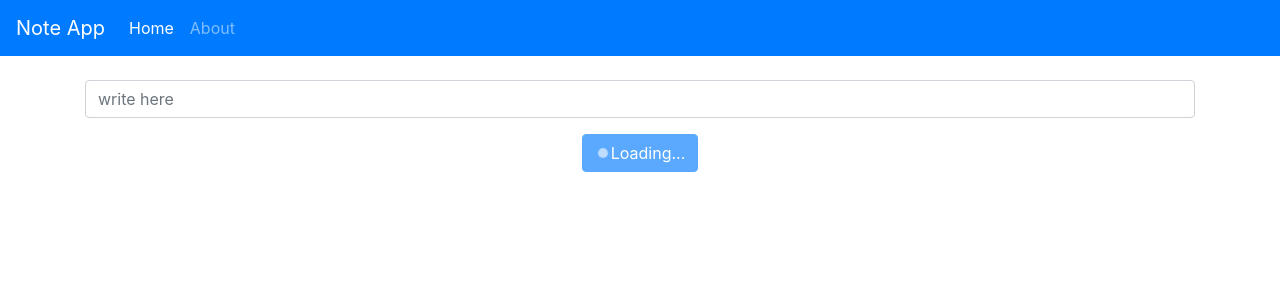
Repository: AlexLarie/reactToDoList
Page: /
An editor plug-in stored every save of this project. The page is shown before and after a run of saves, followed by the edit.
The browser window is 1280 px wide. The pictures show the whole page.
The page's requests for data from a server got no answer. The project was rebuilt for these pictures with package versions that can differ from the ones it lists, and the page was loaded fresh each time. No one was signed in, and anything a server would have sent is missing. Also part of the build but not shown: src/pages/About.js.

Above is the page before, as saved 2021-04-04 15:41:44.

### src/index.js
import React from 'react';
import ReactDOM from 'react-dom';
import './index.scss';
import App from './App';


ReactDOM.render(
  <React.StrictMode>
    <App />
  </React.StrictMode>,
  document.getElementById('root')
);

### src/index.scss
@import "~bootstrap/scss/bootstrap";

body {
  margin: 0;
  font-family: -apple-system, BlinkMacSystemFont, 'Segoe UI', 'Roboto', 'Oxygen',
    'Ubuntu', 'Cantarell', 'Fira Sans', 'Droid Sans', 'Helvetica Neue',
    sans-serif;
  -webkit-font-smoothing: antialiased;
  -moz-osx-font-smoothing: grayscale;
}

code {
  font-family: source-code-pro, Menlo, Monaco, Consolas, 'Courier New',
    monospace;
}

.note{
  display: flex;
  justify-content: space-between;
  align-items: center;
  &__inner{
    display: flex;
    flex-direction: column;
  }
}

.alert-enter{
  opacity: 0;
}

.alert-enter-active{
  opacity: 1;
  transition: opacity 750ms ease-out;
}

.alert-exit-active{
  opacity: 0;
  transition: opacity 750ms ease-out;
}

### src/App.js
import React from 'react';
import {BrowserRouter , Route , Switch} from 'react-router-dom';
import { Alert } from './components/Alert';
import { Navbar } from './components/Navbar';
import { AlertState } from './context/alert/AlertState';
import { FirebaseState } from './context/firebase/FirebaseState';
import { About } from './pages/About';
import { Home } from './pages/Home';

function App() {
  return (
    <FirebaseState>
      <AlertState>
        <BrowserRouter>
          <Navbar />
          <div className="container pt-4">
            <Alert />
            <Switch>
              <Route path="/" exact component={Home} />
              <Route path="/about" exact component={About} />
            </Switch>
          </div>
        </BrowserRouter>
      </AlertState>
    </FirebaseState>
  );
}

export default App;

### src/components/Alert.js
import React, {useContext} from 'react';
import { AlertContext } from '../context/alert/alertContext';
import {CSSTransition} from 'react-transition-group'

export const Alert = () => {

   const {alert, hide}  = useContext(AlertContext)

   return (
      <CSSTransition
         in={alert.visible}
         timeout={750}
         classNames={'alert'}
         mountOnEnter
         unmountOnExit
      >
         <div className={`alert alert-${alert.type || 'warning'} alert-dismissible`}>
            <strong>Attention</strong> &nbsp;{alert.text}
            <button onClick = {hide} type="button" className="close" aria-label="Close">
               <span aria-hidden='true'>&times;</span>
            </button>
         </div>
      </CSSTransition>
   )
}

### src/components/Navbar.js
import React from 'react';
import {NavLink} from 'react-router-dom';

export const Navbar = () => (
   <nav className = "navbar navbar-dark navbar-expand-lg bg-primary">
      <div className = "navbar-brand">
         Note App
      </div>
      <ul className="navbar-nav me-auto mb-2 mb-lg-0">
         <li className="nav-item">
            <NavLink  className="nav-link" exact to="/">Home</NavLink>
         </li>
         <li className="nav-item">
            <NavLink className="nav-link" to="/about">About</NavLink>
         </li>
      </ul>
   </nav>
)

### src/context/alert/AlertState.js
import React, {useReducer} from 'react'
import { HIDE_ALERT, SHOW_ALERT } from '../types'
import { AlertContext } from './alertContext'
import { alertReducer } from './alertReducer'

export const AlertState = ({children}) => {

   const [state , dispatch] = useReducer(alertReducer , {visible: false})

   const show = (text , type = 'warning' ) => {
      dispatch ({
         type : SHOW_ALERT,
         payload : {text, type}
      })
   }

   const hide = () => {
      dispatch ({
         type : HIDE_ALERT,
      })
   }

   return (
      <AlertContext.Provider value = {{
         show , hide , alert : state
      }}>
         {children}
      </AlertContext.Provider>
   )
}

### src/context/firebase/FirebaseState.js
import React , {useReducer} from 'react'
import axios from 'axios'
import { FirebaseContext } from './firebaseContext'
import { firebaseReducer } from './firebaseReducer'
import { ADD_NOTE, FETCH_NOTES, REMOVE_NOTE, SHOW_LOADER } from '../types'

const url = 'https://react-todo-dcbd2-default-rtdb.firebaseio.com'

export const FirebaseState = ({children}) => {

   const initialState = {
      notes : [],
      loading : false
   }

   const [state, dispatch] = useReducer(firebaseReducer, initialState)

   const showLoader = () => dispatch({type: SHOW_LOADER})

   const fetchNotes = async () => {
      showLoader()
      const res = await axios.get(`${url}/notes.json`)
      const payload = Object.keys(res.data).map(key => {
         return {
            ...res.data[key],
            id: key
         }
      })
      dispatch ({type: FETCH_NOTES, payload})
   }

   const addNote = async title => {
      const note = {
         title,
         date: new Date().toJSON()
      }

      try {
         const res = await axios.post(`${url}/notes.json`, note)
         const payload = {
            ...note,
            id: res.data.name
         }
         dispatch({
            type: ADD_NOTE,
            payload
         })
      } catch (e) {
         throw new Error(e.message)
      }
   }

   const removeNote = async id => {
      await axios.delete(`${url}/notes/${id}.json`)

      dispatch({
         type: REMOVE_NOTE,
         payload: id
      })
   }

   return (
      <FirebaseContext.Provider value = {{
         showLoader, addNote, removeNote, fetchNotes, loading: state.loading, notes: state.notes
      }}>
         {children}
      </FirebaseContext.Provider>
   )
}

### src/pages/Home.js
import React , {Fragment , useContext, useEffect} from 'react'
import { Form } from '../components/Form'
import { Loader } from '../components/Loader'
import { Nodes } from '../components/Nodes'
import { FirebaseContext } from '../context/firebase/firebaseContext'

export const Home = () => {
   const {loading, notes, fetchNotes, removeNote} = useContext(FirebaseContext)

   useEffect(()=>{
      fetchNotes()
      // eslint-disable-next-line
   }, [])

   return(
   <Fragment>
      <Form/>

      {loading? <Loader/> : <Nodes notes = {notes} onRemove = {removeNote}/>}

   </Fragment>
   )
}

### src/context/types.js
export const SHOW_ALERT = 'SHOW_ALERT'
export const HIDE_ALERT = 'HIDE_ALERT'


export const SHOW_LOADER = 'SHOW_LOADER'
export const ADD_NOTE = 'ADD_NOTE'
export const FETCH_NOTES = 'FETCH_NOTES'
export const REMOVE_NOTE = 'REMOVE_NOTE'

### src/context/alert/alertReducer.js
import { HIDE_ALERT, SHOW_ALERT } from "../types"

const handlers = {
   [SHOW_ALERT] : (state,{payload}) => ({...payload, visible:true}),
   [HIDE_ALERT] : state => ({...state, visible:false}),
   DEFAULT: state => state
}

export const alertReducer = (state,action) => {
   const handle = handlers[action.type] || handlers.DEFAULT
   return handle(state,action)
}

### src/context/firebase/firebaseReducer.js
import { ADD_NOTE, FETCH_NOTES, REMOVE_NOTE, SHOW_LOADER } from "../types"

const handlers = {
   [SHOW_LOADER] : state => ({...state, loading: true}),
   [ADD_NOTE] : (state, {payload}) => ({
      ...state, notes: [...state.notes, payload]
   }),
   [FETCH_NOTES] : (state, {payload}) => ({...state, notes: payload, loading : false}),
   [REMOVE_NOTE] : (state, {payload}) => ({
      ...state,
      notes: state.notes.filter(note => note.id !== payload)
   }),
   DEFAULT: state => state
}

export const firebaseReducer = (state, action) => {
   const handle = handlers[action.type] || handlers.DEFAULT

   return handle(state,action)
}

### src/components/Form.js
import React , {useState , useContext} from 'react'
import { AlertContext } from '../context/alert/alertContext'
import { FirebaseContext } from '../context/firebase/firebaseContext'

export const Form = () => {

   const [value , setValue] = useState('')
   const alert = useContext(AlertContext)
   const firebase = useContext(FirebaseContext)

   const submitHandler = event => {
      event.preventDefault()
      if (value.trim()) {
         // ...
         firebase.addNote(value.trim()).then(()=>{
            alert.show('Note was added' , 'success')
         }).catch(()=>{
            alert.show('Something was wrong' , 'danger')
         })
         setValue('')
      } else {
         alert.show('Incorrect value' )
         setValue('')
      }

   }
   return (
      <form onSubmit={submitHandler}>
         <div className = "form-group">
            <input type = "text" className = "form-control" placeholder = "write here" value = {value}
            onChange = {e => setValue(e.target.value)}/>
         </div>
      </form>
   )
}

### src/components/Loader.js
import React from 'react'

export const Loader = () => (
   <div className="text-center">
      <button className="btn btn-primary" type="button" disabled>
         <span className="spinner-grow spinner-grow-sm" role="status" aria-hidden="true"></span>
            Loading...
      </button>
   </div>
)

### src/components/Nodes.js
import React from "react"

export const Nodes = ({notes, onRemove}) => (
   <ul className = "list-group">
      {notes.map(note => (
         <li className = "list-group-item note" key = {note.id}>
            <div className = "note__inner">
               <span>{note.date}</span>
               <strong>{note.title}</strong>
            </div>

            <button type="button" className="btn btn-outline-danger btn-sm"
            onClick = {()=>onRemove(note.id)}>&times;</button>
         </li>
      ))}
   </ul>
)

Loaded but not shown: public/index.html (common file); src/context/alert/alertContext.js (common file); src/context/firebase/firebaseContext.js (common file)

After the next 2 saves:
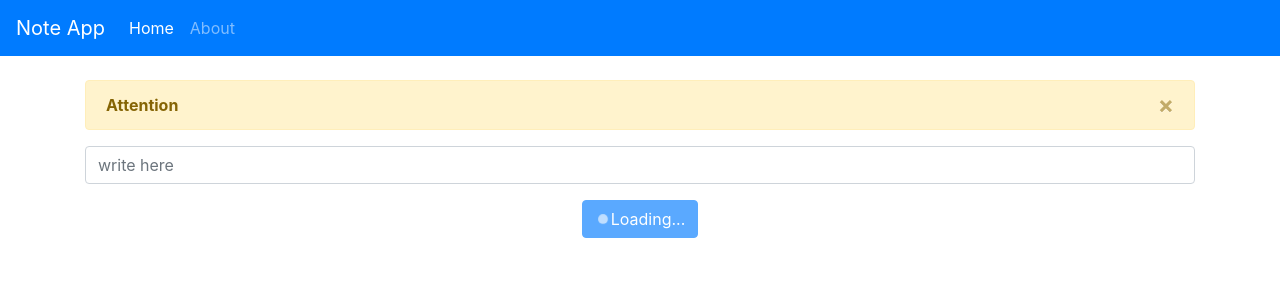
The 2 saves are shown as one change because they came seconds apart.
The last was saved 4 min 35 s later.
--- a/src/components/Alert.js
+++ b/src/components/Alert.js
@@ -7,19 +7,19 @@
    const {alert, hide}  = useContext(AlertContext)
 
    return (
-      <CSSTransition
-         in={alert.visible}
-         timeout={750}
-         classNames={'alert'}
-         mountOnEnter
-         unmountOnExit
-      >
+      // <CSSTransition
+      //    in={alert.visible}
+      //    timeout={750}
+      //    classNames={'alert'}
+      //    mountOnEnter
+      //    unmountOnExit
+      // >
          <div className={`alert alert-${alert.type || 'warning'} alert-dismissible`}>
             <strong>Attention</strong> &nbsp;{alert.text}
             <button onClick = {hide} type="button" className="close" aria-label="Close">
                <span aria-hidden='true'>&times;</span>
             </button>
          </div>
-      </CSSTransition>
+      // </CSSTransition>
    )
 }

After the save that followed:
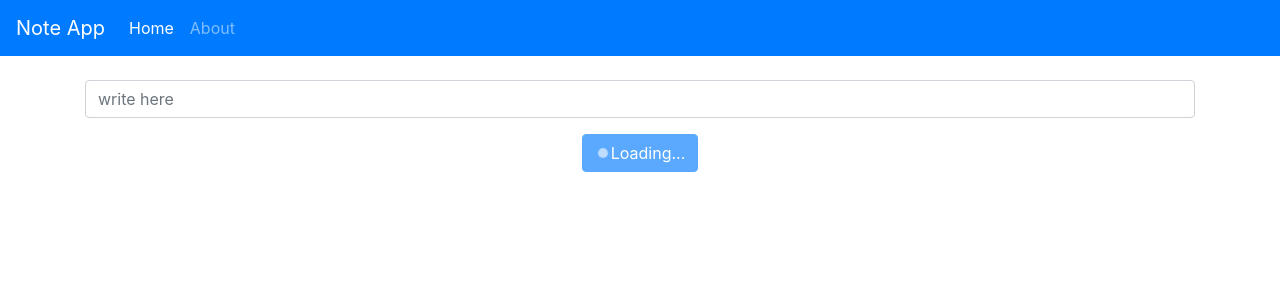
Saved 27 s later.
--- a/src/components/Alert.js
+++ b/src/components/Alert.js
@@ -7,19 +7,19 @@
    const {alert, hide}  = useContext(AlertContext)
 
    return (
-      // <CSSTransition
-      //    in={alert.visible}
-      //    timeout={750}
-      //    classNames={'alert'}
-      //    mountOnEnter
-      //    unmountOnExit
-      // >
+      <CSSTransition
+         in={alert.visible}
+         timeout={750}
+         classNames={'alert'}
+         mountOnEnter
+         unmountOnExit
+      >
          <div className={`alert alert-${alert.type || 'warning'} alert-dismissible`}>
             <strong>Attention</strong> &nbsp;{alert.text}
             <button onClick = {hide} type="button" className="close" aria-label="Close">
                <span aria-hidden='true'>&times;</span>
             </button>
          </div>
-      // </CSSTransition>
+      </CSSTransition>
    )
 }
